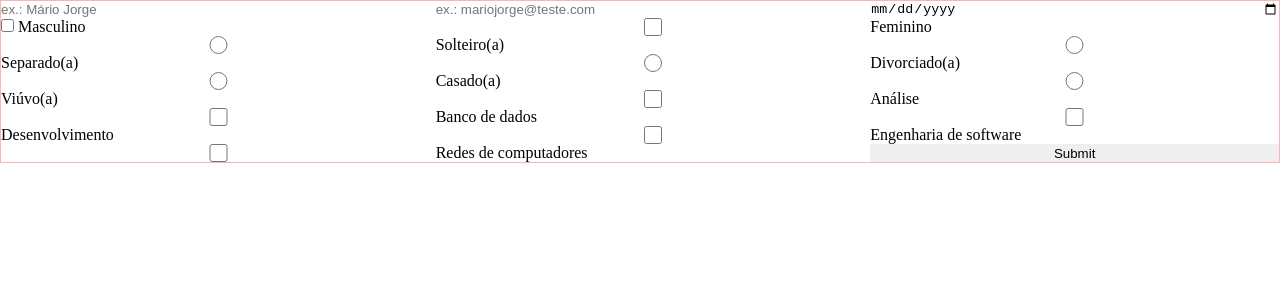
Repository: mjRibeiroTriscal/UVA_Projects
Page: Proj_A1_AVA2_2020_1/index.html
These files come from the project's save history. The page is drawn as it stood at one moment and after the next save; the edit follows.
The browser window is 1280 px wide. The pictures show the whole page.

Above is the page before, as saved 2020-03-13 11:11:06.

### Proj_A1_AVA2_2020_1/index.html
<!--
*   @project     A1_AVA2_UVA_2020_1
*   @author      Mário Jorge (mariojgmaster@yahoo.com.br)
*   @Git         MJRibeiroTriscal (https://github.com/mjRibeiroTriscal)
-->

<html>

<head>
    <meta charset="UTF-8">
    <title>Tell Me About You</title>
    <!-- <link rel="icon" href="./favicon.png" sizes="16x16 32x32" type="image/png"> -->
    <script src="./script.js"></script>
    <link rel="stylesheet" href="./style.css" />
</head>

<body>
    <div id="container">

        <header>

        </header>

        <section>

            <form name="formUva" class="container" action="http://google.co">

                <input id="nome" type="text" name="nome" placeholder="ex.: Mário Jorge" />
                <input id="email" type="text" name="email" placeholder="ex.: mariojorge@teste.com" />

                <input id="dataNasc" type="date" name="dataNasc" />

                <div>
                    <input id="masc" type="checkbox" name="masc" />
                    <label for="masc">Masculino</label>
                </div>
                <input id="fem" type="checkbox" name="fem" />
                <label for="fem">Feminino</label>

                <input id="solteiro" type="radio" name="estCivil" /> Solteiro(a)
                <input id="separado" type="radio" name="estCivil" /> Separado(a)
                <input id="divorciado" type="radio" name="estCivil" /> Divorciado(a)
                <input id="casado" type="radio" name="estCivil" /> Casado(a)
                <input id="viuvo" type="radio" name="estCivil" /> Viúvo(a)

                <input id="analise" type="checkbox" name="analise" /> Análise
                <input id="bancoDados" type="checkbox" name="bancoDados" /> Banco de dados
                <input id="desenvolvimento" type="checkbox" name="desenvolvimento" /> Desenvolvimento
                <input id="engenhariaSoftware" type="checkbox" name="engenhariaSoftware" /> Engenharia de software
                <input id="redesComputadores" type="checkbox" name="redesComputadores" /> Redes de computadores

                <input type="submit" value="Submit">

            </form>

        </section>

        <footer>

        </footer>

</body>

</html>

### Proj_A1_AVA2_2020_1/script.js
/*
 *   @project     A1_AVA2_UVA_2020_1
 *   @author      Mário Jorge (mariojgmaster@yahoo.com.br)
 *   @Git         MJRibeiroTriscal (https://github.com/mjRibeiroTriscal)
 */

### Proj_A1_AVA2_2020_1/style.css
/*
 *   @project     A1_AVA2_UVA_2020_1
 *   @author      Mário Jorge (mariojgmaster@yahoo.com.br)
 *   @Git         MJRibeiroTriscal (https://github.com/mjRibeiroTriscal)
 */


/* General Configs */

* {
    margin: 0px;
    padding: 0px;
}

input {
    border: none;
    outline: none;
    box-shadow: 0;
}

.container {
    display: grid;
    border: 1px solid rgba(255, 0, 0, 0.3);
    grid-template-columns: auto auto auto;
}

After the next save:
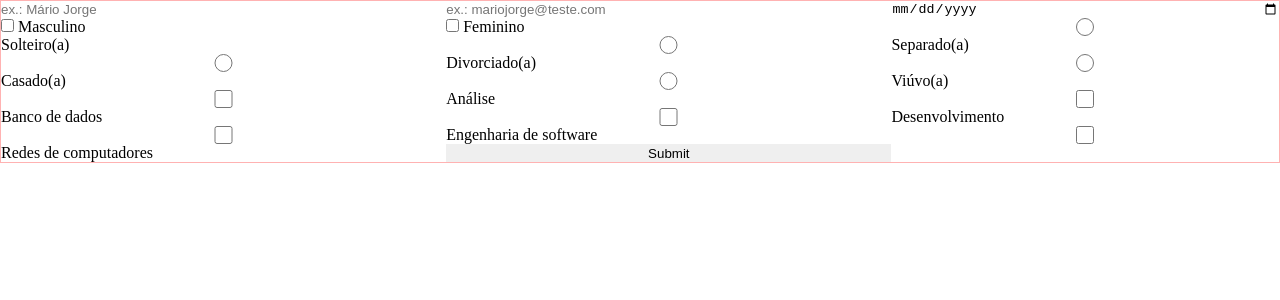
Saved 25 s later.
--- a/Proj_A1_AVA2_2020_1/index.html
+++ b/Proj_A1_AVA2_2020_1/index.html
@@ -34,8 +34,10 @@
                     <input id="masc" type="checkbox" name="masc" />
                     <label for="masc">Masculino</label>
                 </div>
-                <input id="fem" type="checkbox" name="fem" />
-                <label for="fem">Feminino</label>
+                <div>
+                    <input id="fem" type="checkbox" name="fem" />
+                    <label for="fem">Feminino</label>
+                </div>
 
                 <input id="solteiro" type="radio" name="estCivil" /> Solteiro(a)
                 <input id="separado" type="radio" name="estCivil" /> Separado(a)
